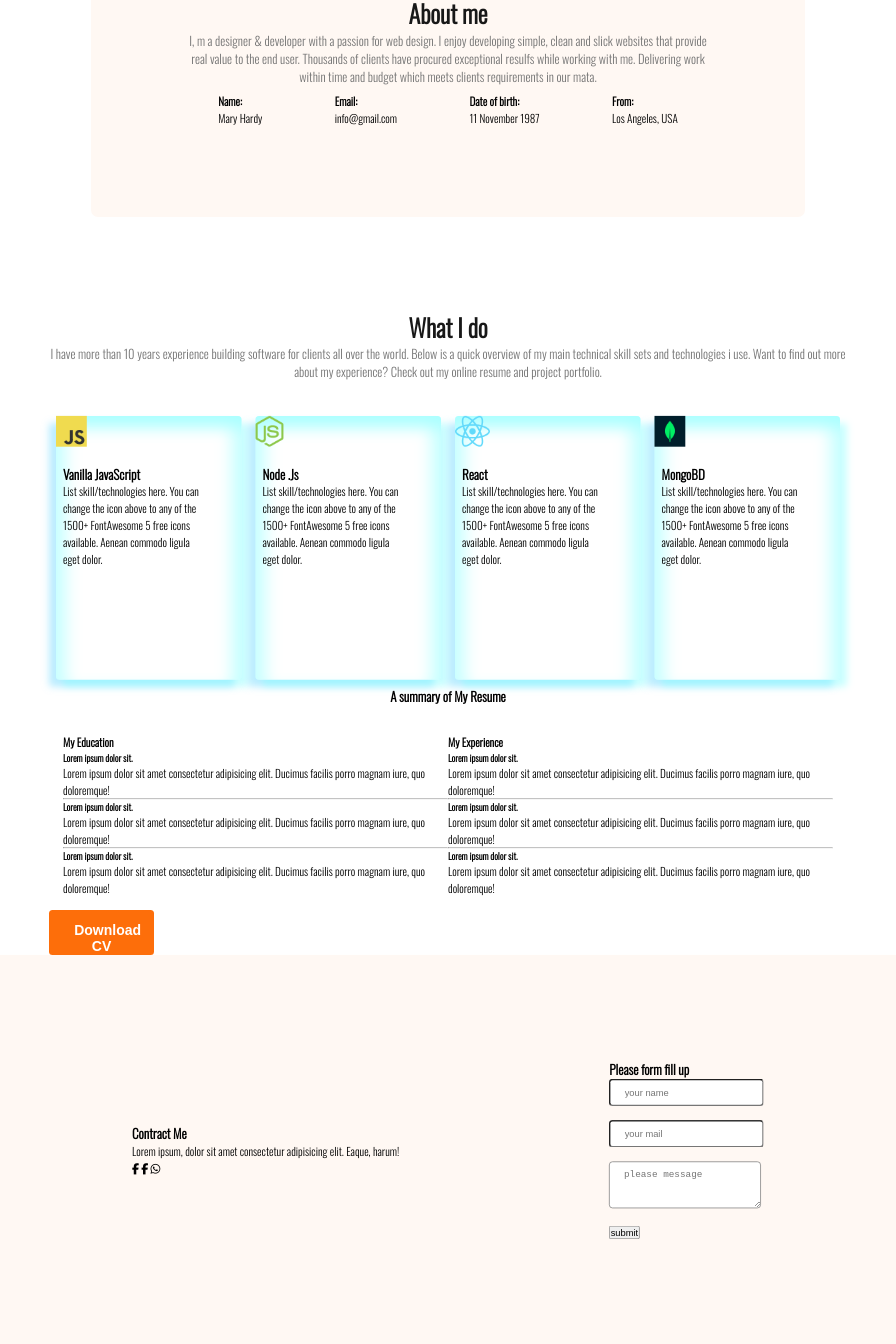
Repository: sumonkumarsarkar/my-website-personal
Page: index.html
The author's editor kept a copy of each file at every save. The page is drawn from the files as they stood at one save, then again after the next save.
The browser window is 1280 px wide. The pictures show the part of the page from y = 1143 to 3063 px (the page is 3063 px tall before and 3053 px after), at 70% of full size.

Above is the page before, as saved 2024-01-06 17:47:37.

### index.html
<!DOCTYPE html>
<html lang="en">
  <head>
    <meta charset="UTF-8" />
    <meta name="viewport" content="width=device-width, initial-scale=1.0" />
    <title>My Personal Website</title>
    <link rel="preconnect" href="https://fonts.googleapis.com" />
    <link rel="preconnect" href="https://fonts.gstatic.com" crossorigin />
    <link
      href="https://fonts.googleapis.com/css2?family=Open+Sans:wght@700;800&family=Oswald:wght@300&display=swap"
      rel="stylesheet"
    />
    <link rel="stylesheet" href="https://cdnjs.cloudflare.com/ajax/libs/font-awesome/6.5.1/css/all.min.css" integrity="sha512-DTOQO9RWCH3ppGqcWaEA1BIZOC6xxalwEsw9c2QQeAIftl+Vegovlnee1c9QX4TctnWMn13TZye+giMm8e2LwA==" crossorigin="anonymous" referrerpolicy="no-referrer" />
    <link rel="stylesheet" href="./style.css" />
  </head>
  <body>
    <header class="header">
      <nav>
        <h3 class="nav-title">Me<span class="text-primary">r</span>y</h3>
        <ul>
          <li><a href="#">Pirtfolio</a></li>
          <li><a href="#">Blog</a></li>
          <li><button type="button" class="btn-button">Hire Me</button></li>
        </ul>
      </nav>

      <div class="banner">
        <div class="banner-part">
          <h3 class="banner-greeting">Hi, I am</h3>
          <h1 class="banner-title">Mary Hardy</h1>
          <p>
            Shot what able cold new see hold.Friendly as an betrayed formerly
            he. Morning because as to society behaved moments.
          </p>
          <button type="button" class="btn-button">Download CV</button>
          <button class="btn-button" type="button">Contract</button>
        </div>
        <div>
          <img class="profile-picture" src="./images/hardy.png" alt="" />
        </div>
      </div>
    </header>

    <!-- main section  -->

    <main>
      <section class="about">
        <h3 class="section-title">About me</h3>
        <p class="section-description">
          I, m a designer & developer with a passion for web design. I enjoy
          developing simple, clean and slick websites that provide real value to
          the end user. Thousands of clients have procured exceptional resulfs
          while working with me. Delivering work within time and budget which
          meets clients requirements in our mata.
        </p>

        <div class="about-info-container">
          <div class="about-info">
            <h4 class="info-titlt">Name:</h4>
            <p>Mary Hardy</p>
          </div>
          <div class="about-info">
            <h4 class="info-titlt">Email:</h4>
            <p>info@gmail.com</p>
          </div>
          <div class="about-info">
            <h4 class="info-titlt">Date of birth:</h4>
            <p>11 November 1987</p>
          </div>
          <div class="about-info">
            <h4 class="info-titlt">From:</h4>
            <p>Los Angeles, USA</p>
          </div>
        </div>
      </section>

      <section class="what-section">
        <h3 class="section-title">What I do</h3>
        <p class="section-description">
          I have more than 10 years experience building software for clients all
          over the world. Below is a quick overview of my main technical skill
          sets and technologies i use. Want to find out more about my
          experience? Check out my online resume and project portfolio.
        </p>

        <div class="skill-container">
          <div class="skill">
            <img src="./images/icons/js.png" alt="" />
            <div class="skill-item">
              <h3 class="skill-title">Vanilla JavaScript</h3>
              <p class="skill-description">
                List skill/technologies here. You can change the icon above to
                any of the 1500+ FontAwesome 5 free icons available. Aenean
                commodo ligula eget dolor.
              </p>
            </div>
          </div>
          <div class="skill">
            <img src="./images/icons/nodejs.png" alt="" />
            <div class="skill-item">
              <h3 class="skill-title">Node .Js</h3>
              <p class="skill-description">
                List skill/technologies here. You can change the icon above to
                any of the 1500+ FontAwesome 5 free icons available. Aenean
                commodo ligula eget dolor.
              </p>
            </div>
          </div>
          <div class="skill">
            <img src="./images/icons/react.png" alt="" />
            <div class="skill-item">
              <h3 class="skill-title">React</h3>
              <p class="skill-description">
                List skill/technologies here. You can change the icon above to
                any of the 1500+ FontAwesome 5 free icons available. Aenean
                commodo ligula eget dolor.
              </p>
            </div>
          </div>
          <div class="skill">
            <img src="./images/icons/mongo.png" alt="" />
            <div class="skill-item">
              <h3 class="skill-title">MongoBD</h3>
              <p class="skill-description">
                List skill/technologies here. You can change the icon above to
                any of the 1500+ FontAwesome 5 free icons available. Aenean
                commodo ligula eget dolor.
              </p>
            </div>
          </div>
        </div>


     <!-- summary section start  -->
     <section class="section-resume">
      <h3 class="summary-title">A summary of My Resume</h3>
      <div class="summary-section">

          <div class="education-item">
          <h4 class="education-title">My Education</h4>
          <div class="education-details">
          <h5>Lorem ipsum dolor sit.</h5>
          <P>Lorem ipsum dolor sit amet consectetur adipisicing elit. Ducimus facilis porro magnam iure, quo doloremque!</P>
          </div>
          <hr>

          <div class="education-details">
          <h5>Lorem ipsum dolor sit.</h5>
          <P>Lorem ipsum dolor sit amet consectetur adipisicing elit. Ducimus facilis porro magnam iure, quo doloremque!</P>
          </div><hr>
          <div class="education-details">
          <h5>Lorem ipsum dolor sit.</h5>
          <P>Lorem ipsum dolor sit amet consectetur adipisicing elit. Ducimus facilis porro magnam iure, quo doloremque!</P>
          </div>

         </div>

          <!-- Education end  -->

         <div class="experence-item">
          <h4 class="experence">My Experience</h4>

          <div class="education-details">
            <h5>Lorem ipsum dolor sit.</h5>
            <P>Lorem ipsum dolor sit amet consectetur adipisicing elit. Ducimus facilis porro magnam iure, quo doloremque!</P>
            </div><hr>
          <div class="education-details">
            <h5>Lorem ipsum dolor sit.</h5>
            <P>Lorem ipsum dolor sit amet consectetur adipisicing elit. Ducimus facilis porro magnam iure, quo doloremque!</P>
            </div><hr>
          <div class="education-details">
            <h5>Lorem ipsum dolor sit.</h5>
            <P>Lorem ipsum dolor sit amet consectetur adipisicing elit. Ducimus facilis porro magnam iure, quo doloremque!</P>
            </div>
         </div>
      </div>


<!-- Education  start  -->
<button type="button" class="btn-button">Download CV</button>
     </section>


    </div>




     <!-- summary section end  -->


      </section>
    </main>
     <!-- footer section start  -->


<footer class="footer-section">


   <div class="contract-section">
    <h3>Contract Me</h3>
    <p>Lorem ipsum, dolor sit amet consectetur adipisicing elit. Eaque, harum!</p>
    <i class="fa-brands fa-facebook-f"></i>
    <i class="fa-brands fa-facebook-f"></i>
    <i class="fa-brands fa-whatsapp"></i>


   </div>
   <div class="contract-section">
    <h3>Please form fill up</h3>
    <form class="contract-form" action="#">
      <input type="text" placeholder="your name">
      <input type="text" placeholder="your mail">
      <textarea  name="" id="" cols="20" rows="3" placeholder="please message "></textarea>
    </form>
    <button type="button" class="submit-button">submit</button>
   </div>

</footer>




     <!-- footer section End  -->


  </body>
</html>

### style.css
* {
  margin: 0;
  padding: 0;
}
body {
  font-family: "Open Sans", sans-serif;
  font-family: "Oswald", sans-serif;
}
nav {
  display: flex;
  align-items: center;
  justify-content: space-between;
  margin: 0 200px;
}

.nav-title {
  font-size: 45px;
  color: #181818;
  line-height: normal;
  font-weight: 800;
}
.text-primary {
  color: #fd6e0a;
}
nav ul {
  display: flex;
  align-items: center;
}
nav a {
  text-decoration: none;
}
nav li {
  list-style: none;
  margin: 50px;
  font-size: 20px;
  color: #474747;
  text-align: center;
}

.section-title {
    color:#181818;
    text-align: center;
    font-size: 35px;
    font-weight: 700;
}
.section-description{
    color:#757575;
    text-align: center;
    font-size: 18px;

}

.btn-button {
  height: 64px;
  width: 150px;
  color: #ffff;
  background: #fd6e0a;
  border-radius: 5px;
  font-size: 20px;
  border: 0;
  font-weight: 700;
  padding: 18px 36px;
}

.header {
  background: #fff8f3;
  background-image: url(./images/header_bg.png);
  background-repeat: no-repeat;
  background-position: bottom right;
}
.banner {
  padding: 30px 30px 0 150px;
  display: flex;
  align-items: center;
  justify-content: space-between;
}
.banner-part {
  max-width: 500px;
}
.banner .profile-picture {
  height: 676px;
  width: 584px;
}
.banner-greeting {
  font-size: 45px;
  color: #474747;
  margin-bottom: 5px;
}
.banner-title {
  font-size: 85px;
  font-weight: 700;
  margin-top: 5px;
}

/* main section   */

main{
    max-width: 1140;
    margin: 0 auto;
}

/* about section  */
.about {
  padding: 130px;
  border-radius:10px;
  background: #fff8f3;
  margin:130px ;
}
.about-info-container{
    display: flex;
    justify-content:space-around;
    margin-top: 10px;
}
.about-info-container h4{
    margin: 0 auto;
}

.what-section{
    max-width: 1140px;
    margin: 0 auto;
}
.skill-container{
    display:flex;
    margin-top:40px;

}
.skill{
    height: 377px;
    width: 267px;
    background: #FFFFFF;
    border-radius: 5px;
    margin: 10px;
    box-shadow:10px 10px 10px rgba(122, 333, 455, .4),
          -10px 10px 10px rgba(122, 220, 300, .5),
          inset 15px 15px 22px rgba(122, 333, 455, .4),
          inset -15px 15px 22px rgba(122, 333, 455, .4);
}
.kill img{
    height:40px;
    width: 40px;
    margin-top:50px;
    padding: 10px;
}
.kill img{

    margin-top:10px;
    padding: 10px;
}
.skill .skill-item{
    width: 204px;
    height: 243px;
    margin-top: 10px;
    padding: 10px;
}


/* summary section start  */
.section-resume{
    max-width: 1140px;

}
.section-resume{
    max-width: 1140px;

}
.summary-title{
    text-align: center;
    margin-bottom:20px;
}
.summary-section{
    display:flex;
}


/* footer section start  */

.footer-section{
    max-height: 780px;
    background: #fff8f3;
    display: flex;
    justify-content: center;
    align-items: center;
}
.footer-section .contract-section{
   padding: 150px 150px;

}
.contract-form input, textarea{
 margin-bottom: 20px;
    display: block;
    padding: 10px 20px;
    color: #757575;
    border-radius: 5px;
     /* border: 0; */

}
/* footer section end  */







/* summary section end */



.summary-section{
    display:flex;
    padding: 20px;

}

After the next save:
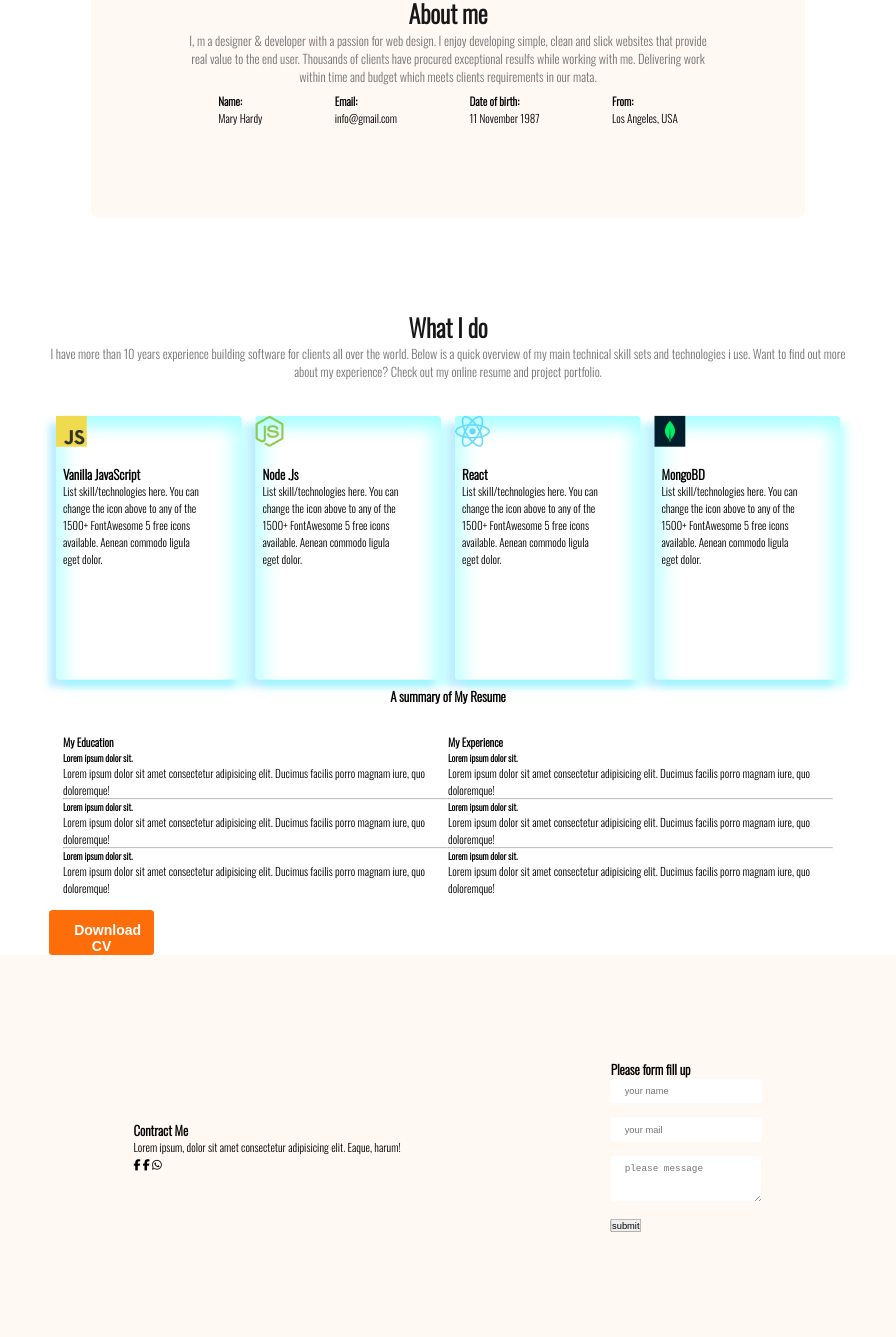
Saved 17 s later.
--- a/style.css
+++ b/style.css
@@ -191,7 +191,7 @@ main{
     padding: 10px 20px;
     color: #757575;
     border-radius: 5px;
-     /* border: 0; */
+     border: 0;
 
 }
 /* footer section end  */
